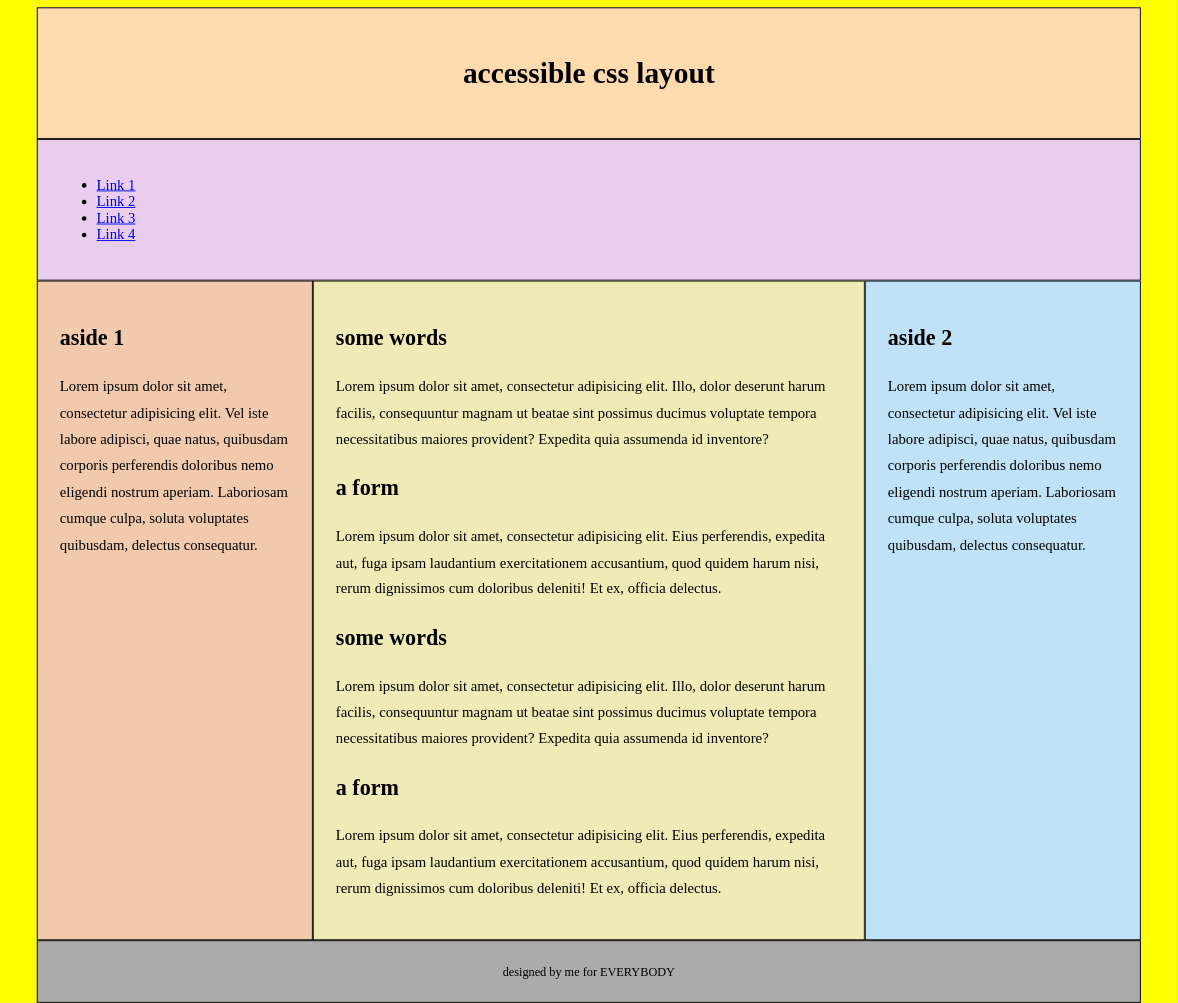
Repository: ethan-schrauf/UniversalDesignWebsite
Page: responsive.html
An editor plug-in stored every save of this project. The page is shown before and after the next save, followed by the edit.
The browser window is 1280 px wide. The pictures show the whole page, at 92% of full size.

Above is the page before, as saved 2023-10-23 17:15:31.

After the next save:
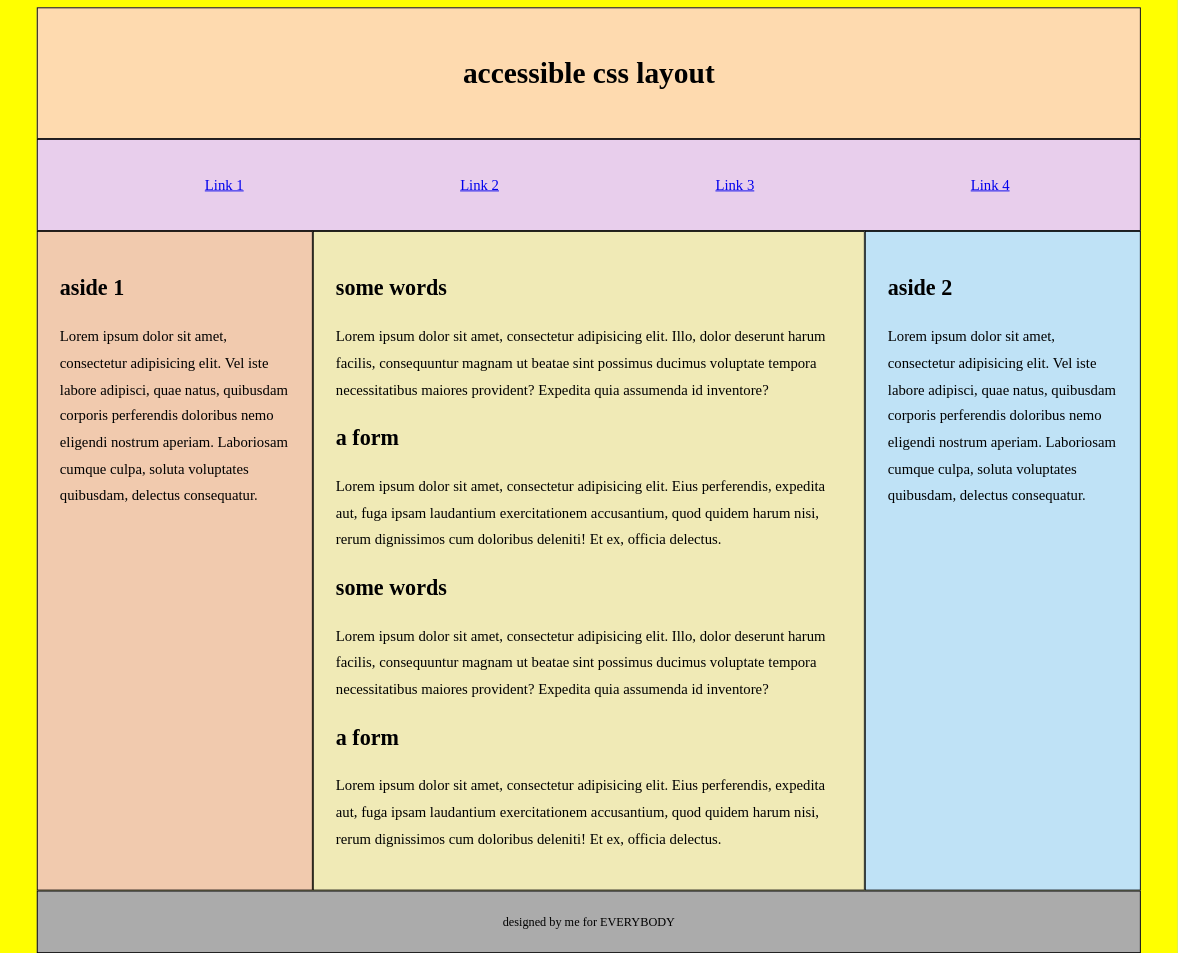
Saved 8 min 14 s later.
--- a/grid-flex.css
+++ b/grid-flex.css
@@ -59,3 +59,13 @@ main {grid-area: mainy; background: rgb(240, 234, 182); max-height: 100%;}
 #aside1 {grid-area: aside1; background: rgb(241, 202, 174);}
 #aside2 {grid-area: aside2; background: rgb(191, 226, 246);}
 footer {grid-area: footy; background: rgb(171, 171, 171);}
+
+nav ul {
+    display: flex;
+    flex-flow: row nowrap;
+    justify-content: space-around;
+    }
+
+    nav ul li {
+      list-style: none
+    }
